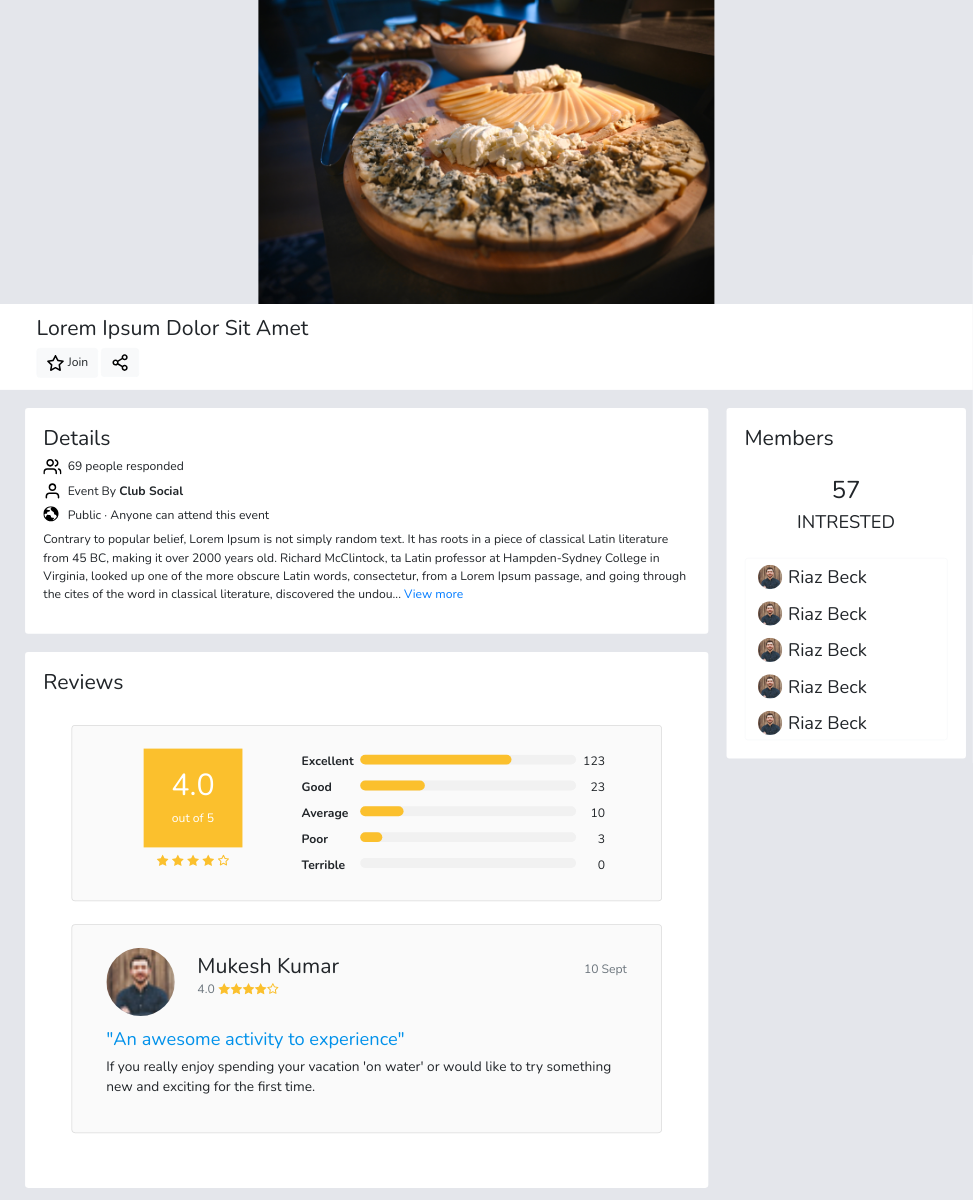
Repository: iamrachid/ensaevents
Page: club.html
These files come from the project's save history. The page is drawn as it stood at one moment and after the next save; the edit follows.
The browser window is 1280 px wide. The pictures show the whole page, at 76% of full size.

Above is the page before, as saved 2021-11-25 19:20:50.

After the next save:
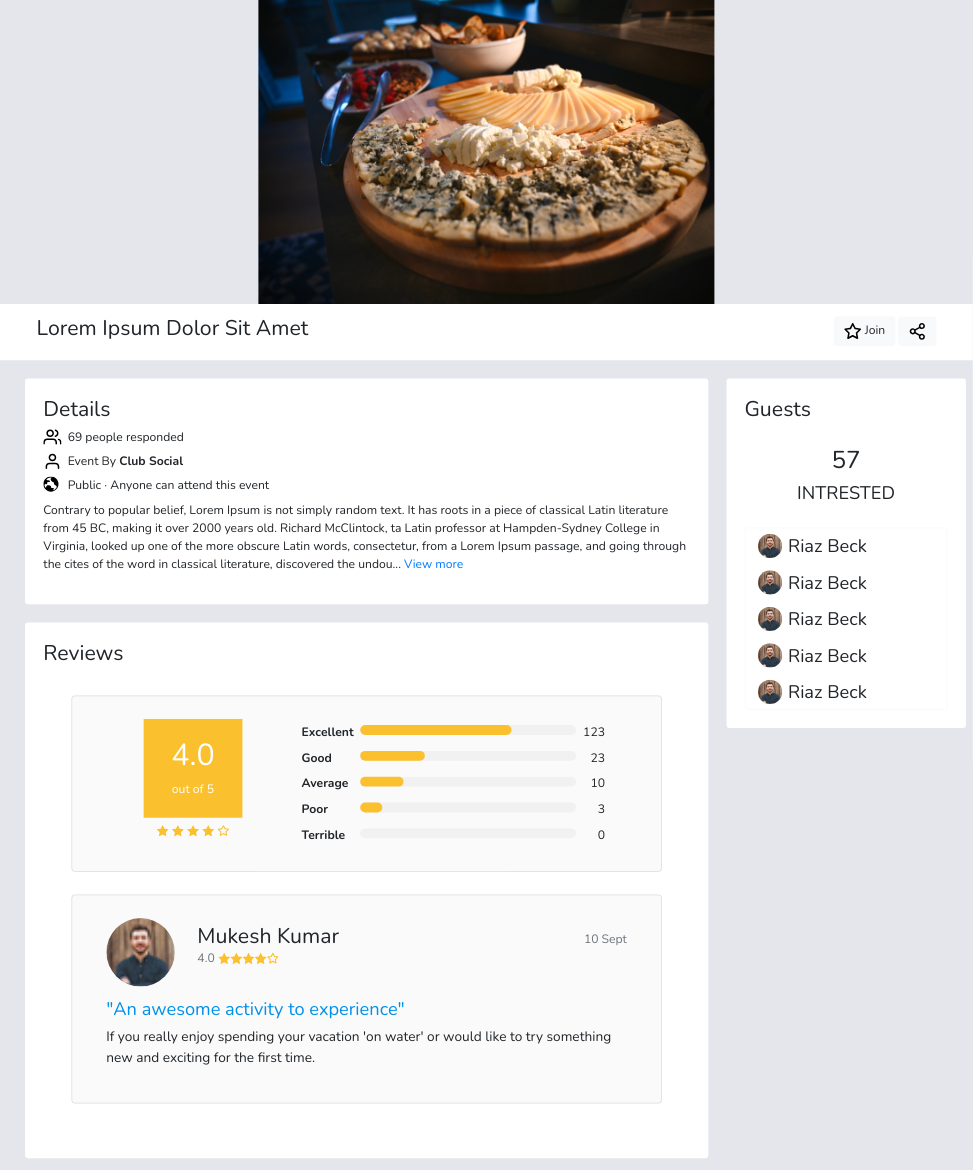
Saved 42 s later.
--- a/club.html
+++ b/club.html
@@ -18,25 +18,29 @@
 </head>
 
 <body class="w-100">
+
     <div class="text-center bg-main d-flex justify-content-center">
         <img src="assets/img/card-1.jpg" class="cover-img">
     </div>
     <div class="py-3 px-md-5 px-3">
         <div class="row">
-            <div class="col-md-10 col-md-12">
+            <div class="col-md-8 col-12">
                 <h3>Lorem Ipsum Dolor Sit Amet</h3>
             </div>
-            <div class="col-md-2 col-sm-12">
-                <button class="btn btn-light ">
-                    <svg class="btn-icon">
-                        <use xlink:href="assets/img/icons.svg#icon-star"></use>
-                    </svg>
-                    Join</button>
-                <button class="btn btn-light">
-                    <svg class="btn-icon">
-                        <use xlink:href="assets/img/icons.svg#icon-share-2"></use>
-                    </svg>
-                </button>
+            <div class="col-md-4 col-12 d-flex justify-content-start justify-content-md-end">
+                <div class="">
+
+                    <button class="btn btn-light ">
+                        <svg class="btn-icon">
+                            <use xlink:href="assets/img/icons.svg#icon-star"></use>
+                        </svg>
+                        Join</button>
+                    <button class="btn btn-light">
+                        <svg class="btn-icon">
+                            <use xlink:href="assets/img/icons.svg#icon-share-2"></use>
+                        </svg>
+                    </button>
+                </div>
             </div>
         </div>
     </div>
@@ -230,7 +234,7 @@
             </div>
             <div class=" px-4 px-md-0 py-4 col-md-4 col-lg-3  col-sm-12 ">
                 <div class="bg-white  p-4 rounded">
-                    <h3>Members</h3>
+                    <h3>Guests</h3>
                     <div class="d-flex  justify-content-center py-4">
                         <div class="d-flex flex-column align-items-center">
                             <h2 cla>57</h2>
